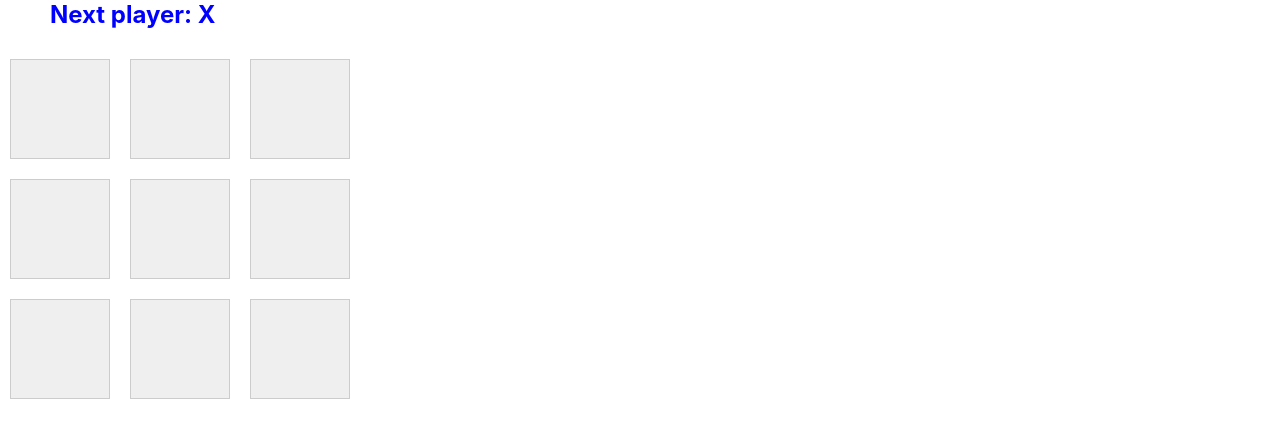
Repository: sedat-akdogan/React_Revision
Page: / (app in tic-tac-toe/)
These files come from the project's save history. The page is drawn as it stood at one moment and after a run of saves; the edit follows.
The browser window is 1280 px wide. The pictures show the whole page.
The project was rebuilt for these pictures with package versions that can differ from the ones it lists, and the page was loaded fresh each time.

Above is the page before, as saved 2023-05-13 00:39:14.

After the next 2 saves:
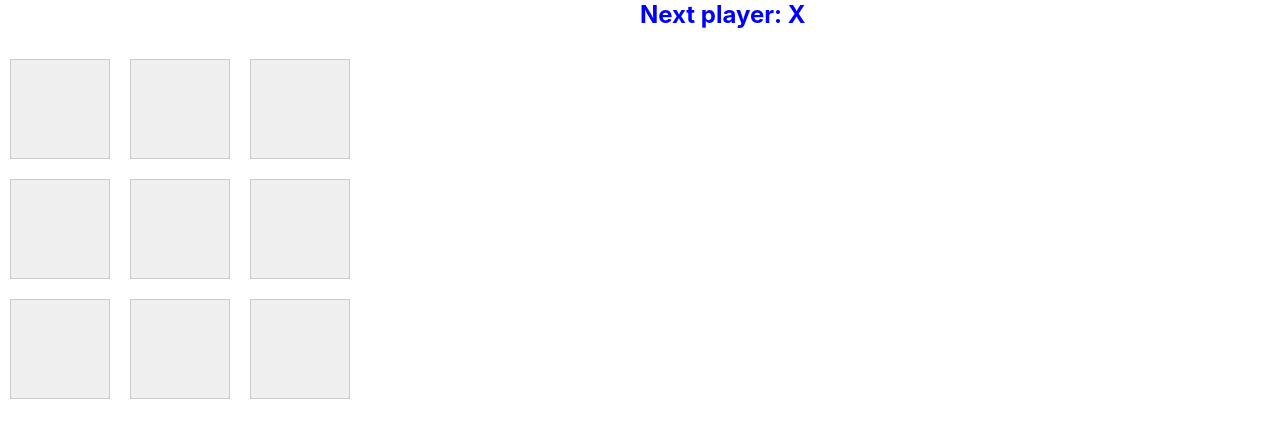
The 2 saves are shown as one change because they came seconds apart.
The last was saved 16 s later.
--- a/tic-tac-toe/src/index.css
+++ b/tic-tac-toe/src/index.css
@@ -38,6 +38,6 @@ code {
     color: blue;
     font-size: 24px;
     margin-bottom: 20px;
-    margin-left: 50px;
+    margin-left: 50%;
     font-weight: bold;
 }
